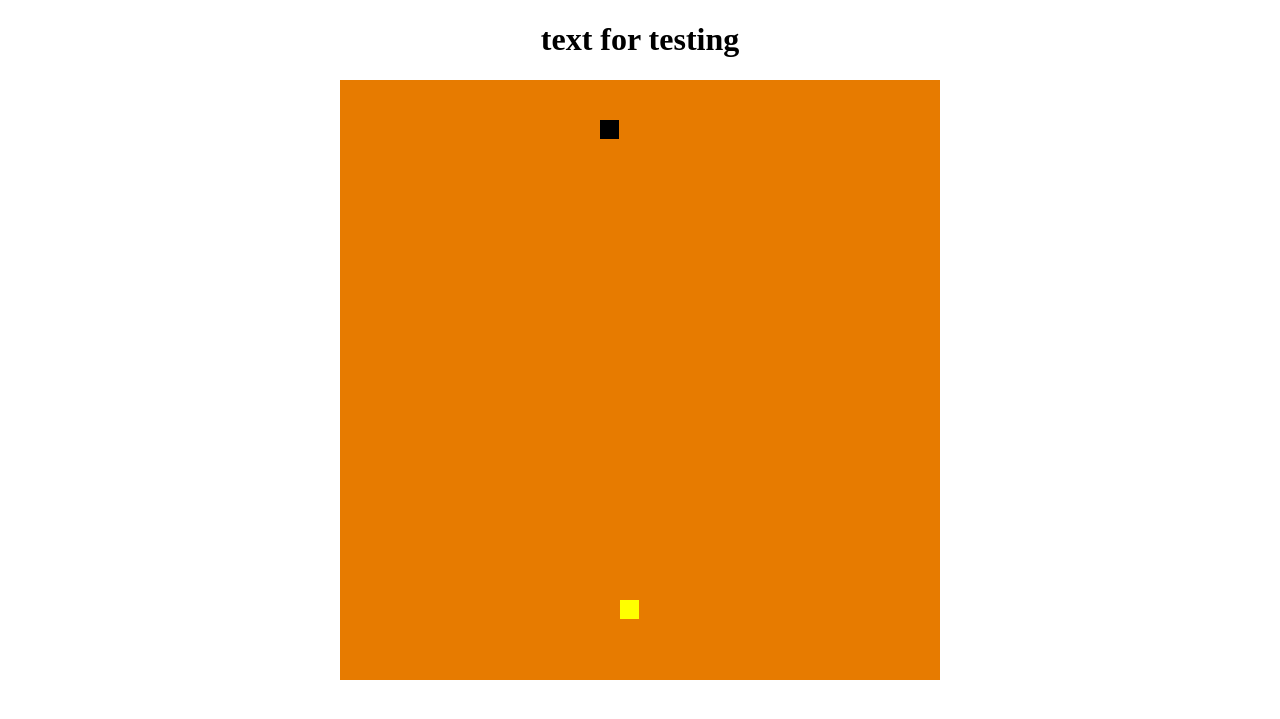
Repository: jessehapuli/jessehapuli.github.io
Page: snake/snake.html
The author's editor kept a copy of each file at every save. The page is drawn from the files as they stood at one save, then again after the next save.
The browser window is 1280 px wide. The pictures show the whole page.

Above is the page before, as saved 2024-05-14 08:08:24.

### snake/snake.html
<!DOCTYPE html>
<html lang="en">
<head>
    <title>Snake</title>
    <meta charset="UTF-8">
    <meta http-equiv="X-UA-Compatible" content="IE=edge">
    <meta name="viewport" content="width=device-width, initial-scale=1.0">
    <link rel="stylesheet" href="test.css">
    <script type="text/javascript" src="testsnake.js"></script>
</head>
<body>

    <!--stuff-->
<h1>text for testing</h1>

    <canvas id="board"></canvas>

</body>
</html>

### snake/test.css
body {
    text-align: center;
}
canvas{
   /*placeholder*/
}

### snake/testsnake.js
//board
var board;
var Context;
var blocksize = 20;
var rows = 30;
var columns = 30;
var mesh = 1;

//sneak
var snakeX;
var snakeY;

//velocity
var velocityX = 0;
var velocityY = 0;

//apple
var appleX;
var appleY;

//pow
var powX;
var powY;

//body
var snakebody = [];

var gameover = false;

window.onload = function() {
    board = document.getElementById("board");
    board.height = rows * blocksize;
    board.width = columns * blocksize;
    Context = board.getContext("2d");

    placesnake();
    placeapple();
    document.addEventListener("keyup", changeDirection);
    //update
    setInterval(update, 1000/10);
}

function update() {
    if (gameover) {
        return;
    }
    Context.fillStyle="rgb(231, 123, 0)";
    Context.fillRect(0, 0, board.width, board.height);

    Context.fillStyle="yellow";
    Context.fillRect(appleX, appleY, blocksize-1, blocksize-1);

    if (snakeX  == appleX && snakeY == appleY) {
        snakebody.push([appleX, appleY])
        placeapple();
    }

    for (let i = snakebody.length-1; i > 0; i--) {
        snakebody[i] = snakebody[i-1];
    }
    if (snakebody.length) {
        snakebody[0] = [snakeX, snakeY];
    }

    Context.fillStyle="black";
    snakeX += velocityX * blocksize;
    snakeY += velocityY * blocksize;
    Context.fillRect(snakeX, snakeY, blocksize-1, blocksize-1);
    for (let i = 0; i < snakebody.length; i++) {
        Context.fillStyle="gray";
        Context.fillRect(snakebody[i][0], snakebody[i][1], blocksize-1, blocksize-1);
    }

    if (snakeX < 0 || snakeX > columns*blocksize || snakeY < 0 || snakeY > rows *blocksize) {
        gameover = true;
        alert("gae over");
    }

    for (let i = 0; i < snakebody.length; i++) {
        if (snakeX == snakebody[i][0] && snakeY == snakebody[i][1]) {
            gameover = true;
            alert("game over");
        }
    }

    if (velocityX || velocityY == 1) {
        snakebody.length = 4;
    }

    if (velocityX || velocityY == -1) {
        snakebody.length = 4;
    }

}

function changeDirection(e) {
    if (e.code == "KeyW" && velocityY != 1) {
        velocityX = 0;
        velocityY = -1;
    }

    else if (e.code == "KeyS" && velocityY != -1) {
        velocityX = 0;
        velocityY = 1;
    }

    else if (e.code == "KeyA" && velocityX != 1) {
        velocityX = -1;
        velocityY = 0;
    }

    else if (e.code == "KeyD" && velocityX != -1) {
        velocityX = 1;
        velocityY = 0;
    }

    else if (e.code == "KeyK") {
       placeapple();
    }

    else if (e.code == "KeyL") {
        placesnake();
    }

    else if (e.code == "KeyQ") {
        gameover = true;
        alert("freeze")
    }

    else if (e.code == "KeyC") {
        snakebody.length = 7;
    }
}

function placeapple() {
    appleX = Math.floor(Math.random() * columns) * blocksize;
    appleY = Math.floor(Math.random() * rows) * blocksize;
}

function placesnake() {
    snakeX = Math.floor(Math.random() * columns) * blocksize;
    snakeY = Math.floor(Math.random() * rows) * blocksize;
}

After the next save:
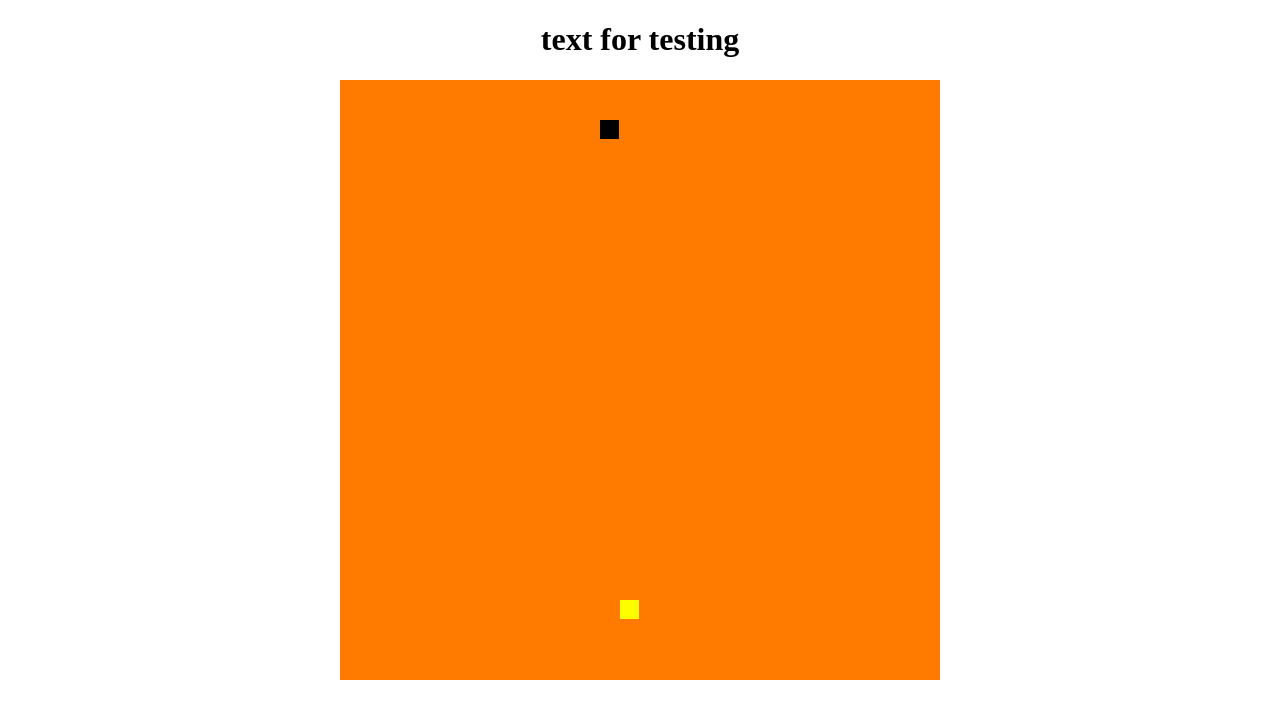
Saved 27 s later.
--- a/snake/testsnake.js
+++ b/snake/testsnake.js
@@ -44,7 +44,7 @@ function update() {
     if (gameover) {
         return;
     }
-    Context.fillStyle="rgb(231, 123, 0)";
+    Context.fillStyle="rgb(255, 123, 0)";
     Context.fillRect(0, 0, board.width, board.height);
 
     Context.fillStyle="yellow";
